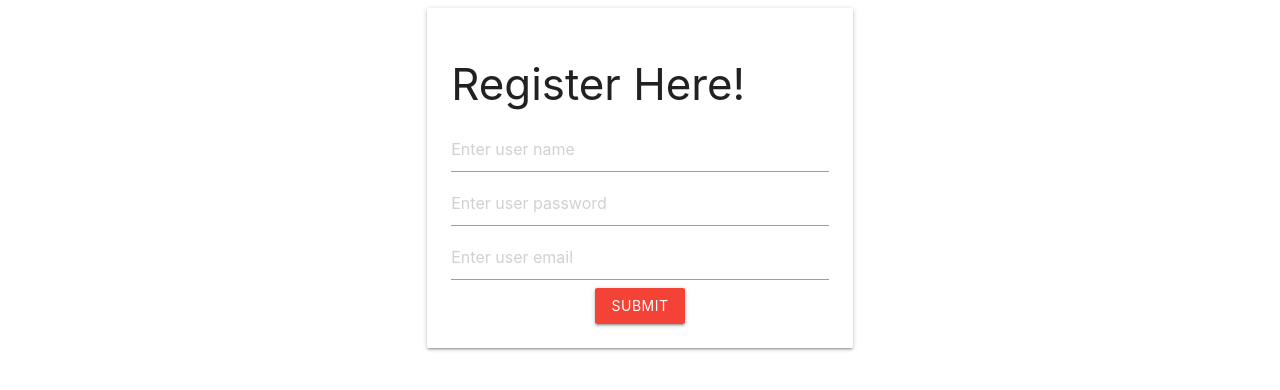
Repository: riddhiwho/Eclipse-Projects
Page: http://localhost/Register/signup.jsp
An editor plug-in stored every save of this project. The page is shown before and after the next save, followed by the edit.
The browser window is 1280 px wide. The pictures show the whole page.
The page is served by Tomcat 9.

Above is the page before, as saved 2021-06-05 05:50:34.

After the next save:
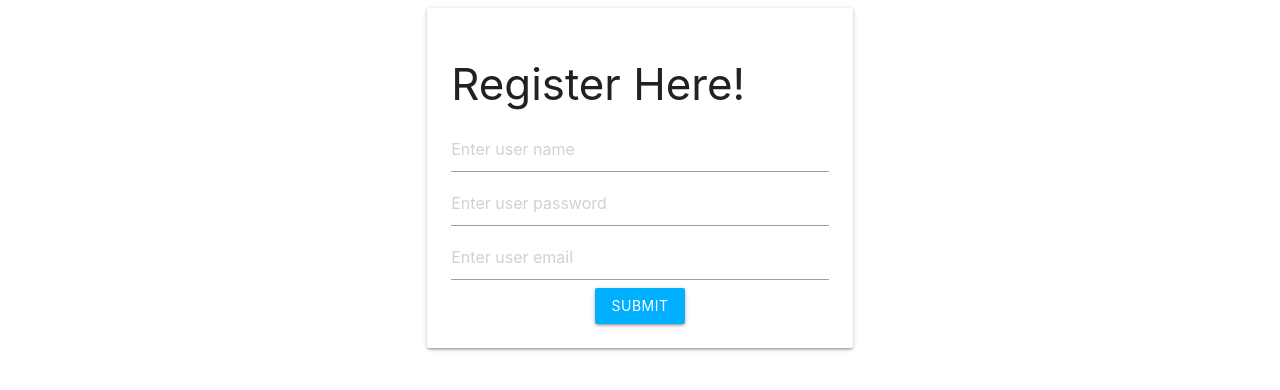
Saved 31 s later.
--- a/Register/src/main/webapp/signup.jsp
+++ b/Register/src/main/webapp/signup.jsp
@@ -28,7 +28,7 @@
 								<input type="password" name="user_password" placeholder="Enter user password" />
 								<input type="email" name="user_email" placeholder="Enter user email" />
 
-								<button type="submit" class="btn red">Submit</button>
+								<button type="submit" class="btn light-blue accent-3">Submit</button>
 
 							</form>
 
